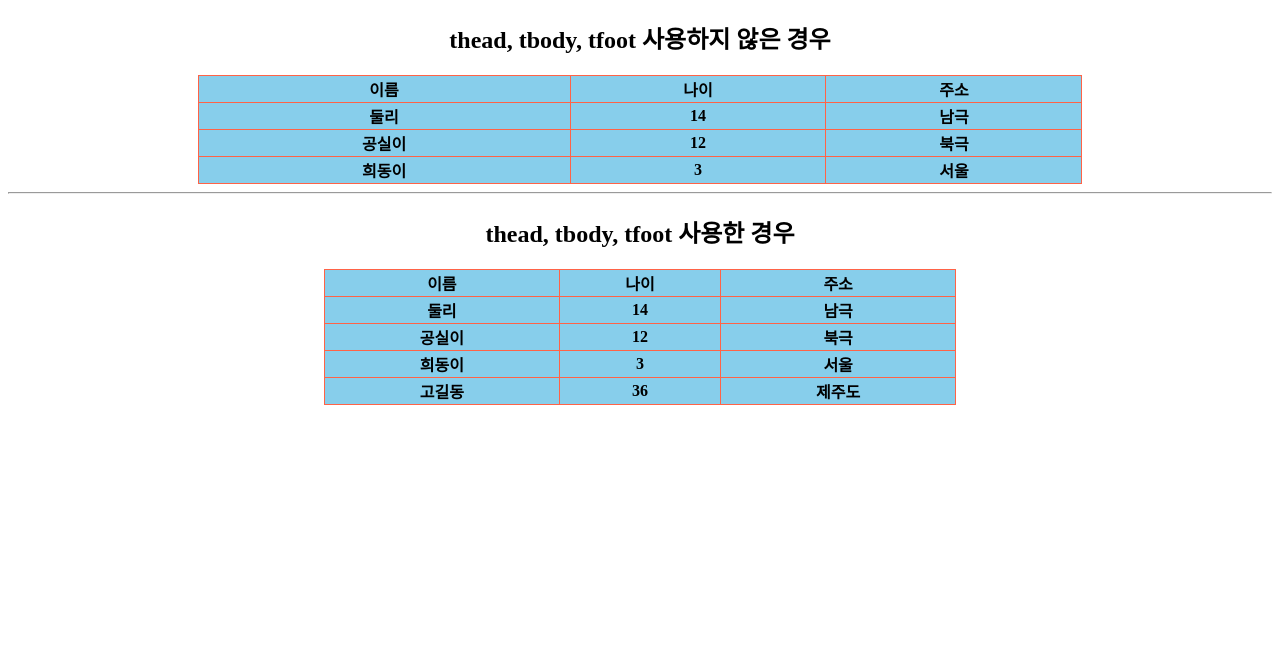
Repository: claddds/2023_webstudy
Page: 01_html/src/main/webapp/day02/ex09_table.html
These files come from the project's save history. The page is drawn as it stood at one moment and after the next save; the edit follows.
The browser window is 1280 px wide. The pictures show the whole page.

Above is the page before, as saved 2023-06-20 04:15:36.

### 01_html/src/main/webapp/day02/ex09_table.html
<!DOCTYPE html>
<html>
<head>
<meta charset="UTF-8">
<title>table: 테이블(표)</title>
<style type="text/css">
	table {
		width: 50%;
		margin: 0 auto;
		/*border: 1px;*/
	}
	/* border 사용하기 */
	table,th,td{
		border:1px solid tomato;
		/*한줄 만들기*/
		border-collapse: collapse;
	}
	th{
		background-color: skyblue;
	}
	/*글자 가운데*/
	td{
		text-align: center;
	}
</style>
</head>
<body>
	<!--
		table 태그 안에 존재하는 태그들
		- thead 태그: 테이블의 머리글, 생략가능
		- tbody 태그: 테이블 본문
		- tfoot 태그: 테이블의 꼬리글, 생략가능


			-- tr 태그: 행
				--- th 태그: 행 안에 존재하는 컬럼(굵게, 가운데 정렬이 된다.)
				--- td 태그: 행 안에 존재하는 컬럼

				테이블 태그에 테두리를 지정하지 않으면 나타나지 않음
				보통 style을 지정해서 테이블 테두리를 만든다.
	-->
	<h2 style="text-align: center;">thead, tbody, tfoot 사용하지 않은 경우</h2>
	<!-- style="width: 70%" : 전체화면의 70% -->
	<!-- style="margin:0 auto" : 가운데 정렬 -->
	<table style="width: 70%; margin:0 auto" border="1px">
		<tr>
			<th>이름</th><th>나이</th><th>주소</th>
		</tr>
		<tr>
			<th>둘리</th><th>14</th><th>남극</th>
		</tr>
		<tr>
			<th>공실이</th><th>12</th><th>북극</th>
		</tr>
		<tr>
			<th>희동이</th><th>3</th><th>서울</th>
		</tr>
	</table>

	<hr>

	<h2 style="text-align: center;">thead, tbody, tfoot 사용한 경우</h2>
		<table>
			<thead>
				<tr><th>이름</th><th>나이</th><th>주소</th></tr>
			</thead>
			<tbody>
				<tr><th>둘리</th><th>14</th><th>남극</th></tr>
				<tr><th>공실이</th><th>12</th><th>북극</th></tr>
				<tr><th>희동이</th><th>3</th><th>서울</th></tr>
			</tbody>
			<tfoot>
				<tr><th>고길동</th><th>36</th><th>제주도</th></tr>
			</tfoot>
		</table>
</body>
</html>

After the next save:
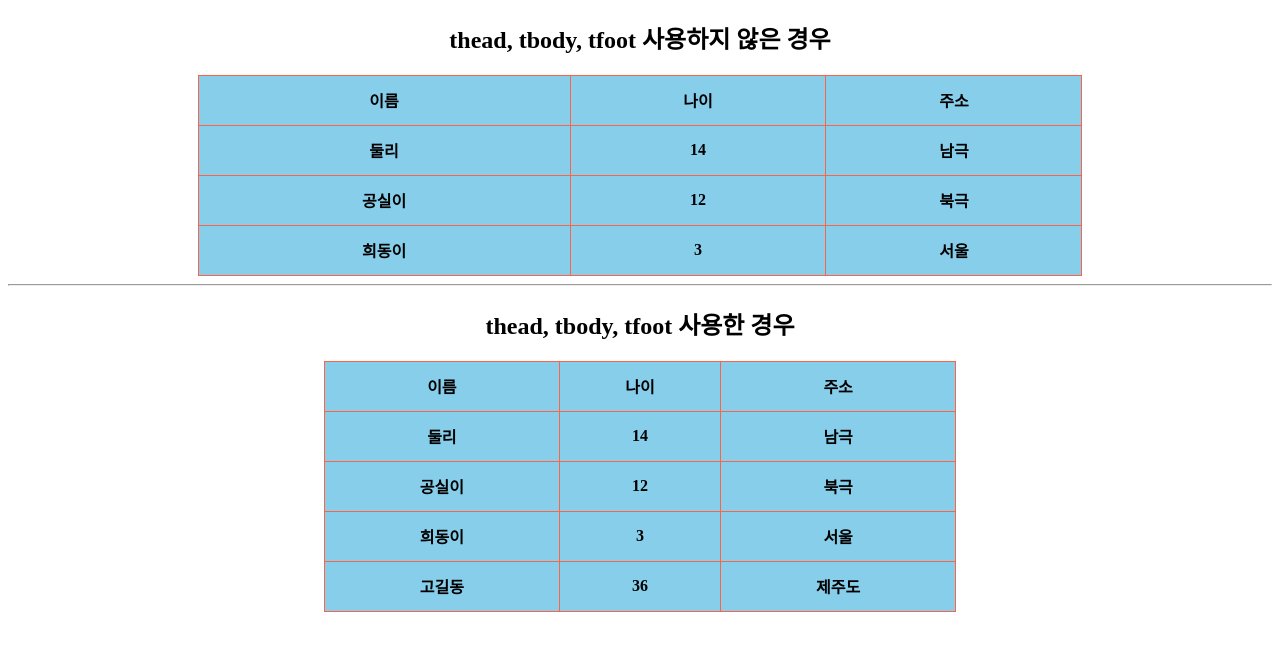
Saved 2 min 30 s later.
--- a/01_html/src/main/webapp/day02/ex09_table.html
+++ b/01_html/src/main/webapp/day02/ex09_table.html
@@ -21,6 +21,10 @@
 	/*글자 가운데*/
 	td{
 		text-align: center;
+	}
+	/*행 높이*/
+	tr{
+		height: 50px;
 	}
 </style>
 </head>
